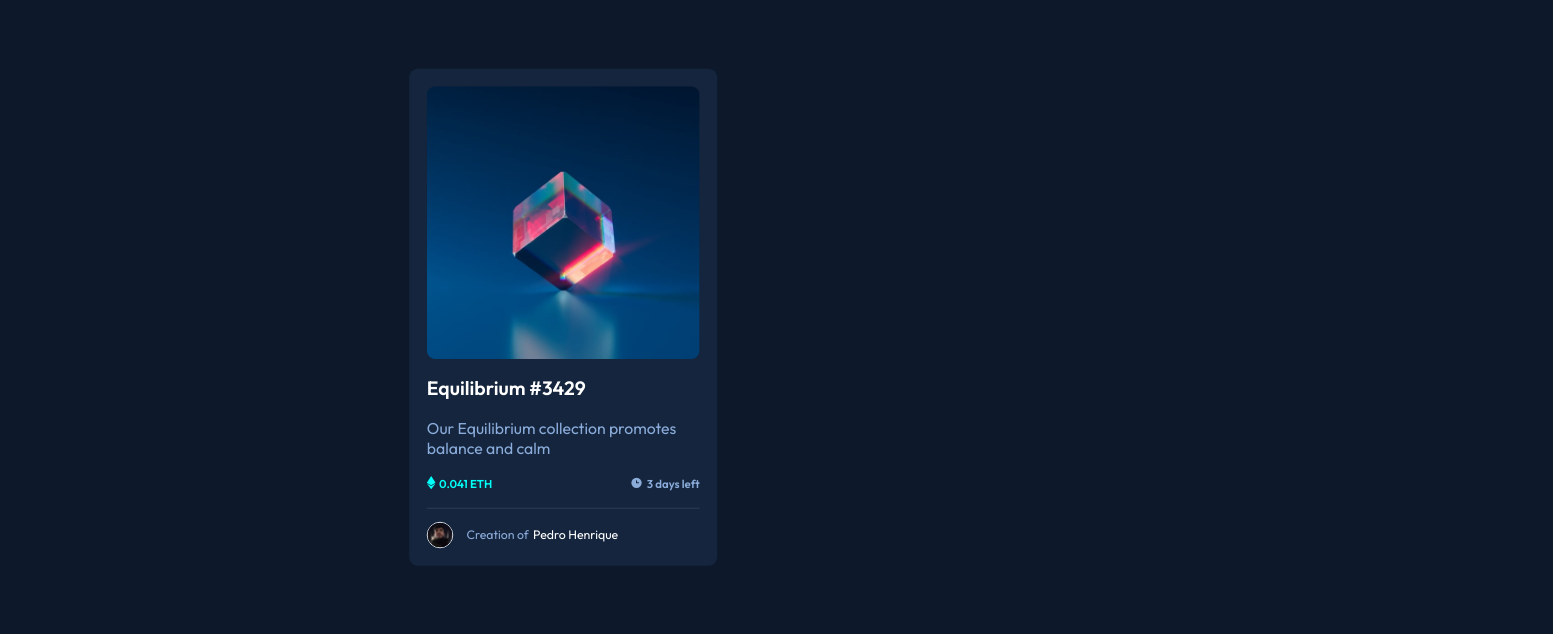
Repository: PedroHEAA/nft
Page: index.html
An editor plug-in stored every save of this project. The page is shown before and after a run of saves, followed by the edit.
The browser window is 1280 px wide. The page is 1280 px wide, then 1765 px, so the pictures cover 1765 px, including what lies to the right of the window. The pictures show the whole page, at 88% of full size.

Above is the page before, as saved 2022-11-04 20:10:29.

After the next 4 saves:
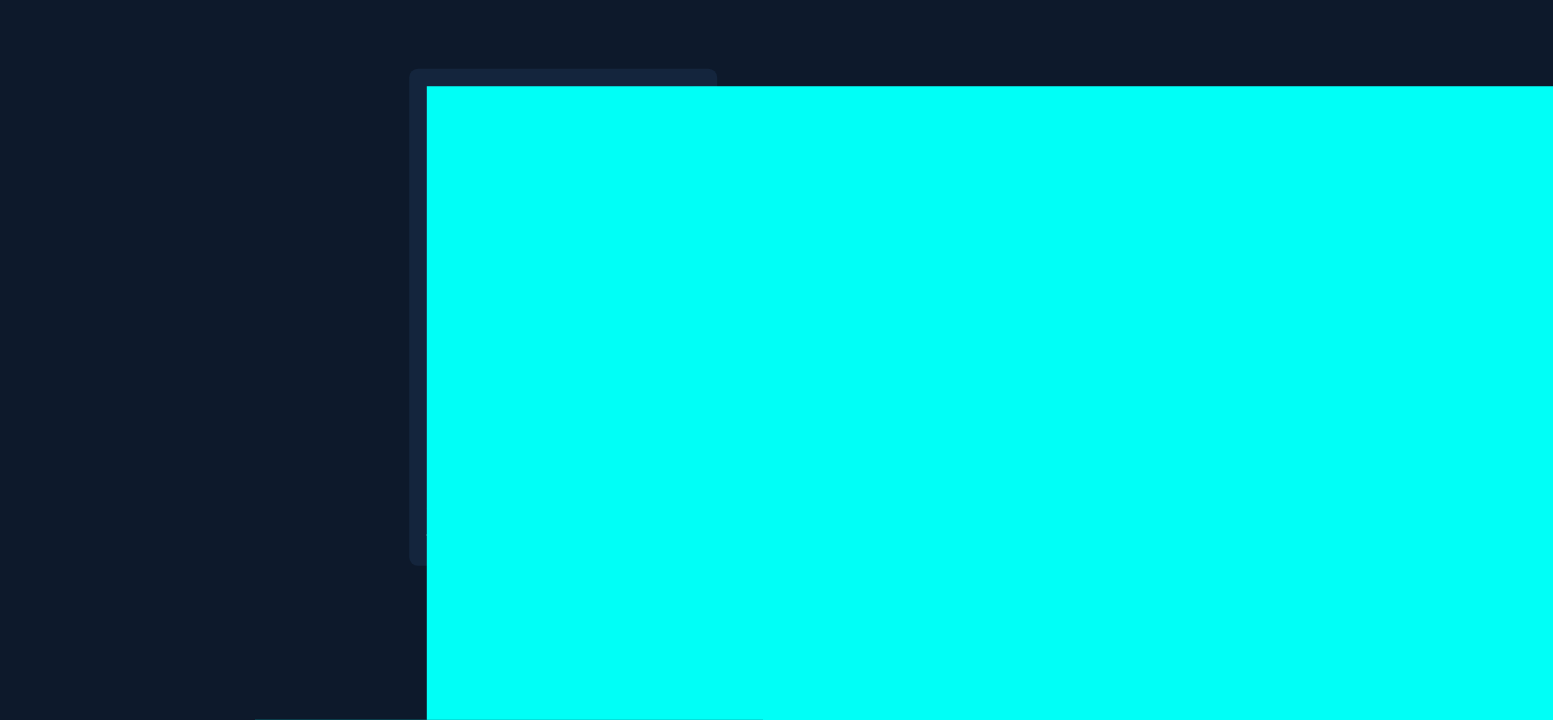
The 4 saves are shown as one change because they came seconds apart.
The last was saved 7 min 46 s later.
--- a/src/css/style.css
+++ b/src/css/style.css
@@ -49,6 +49,9 @@
 .card .image-link::before{
     content: '';
     background-color: var(--angle-color);
+    width: 100%;
+    height: 100%;
+    position: absolute;
 }
 
 .info-element{
